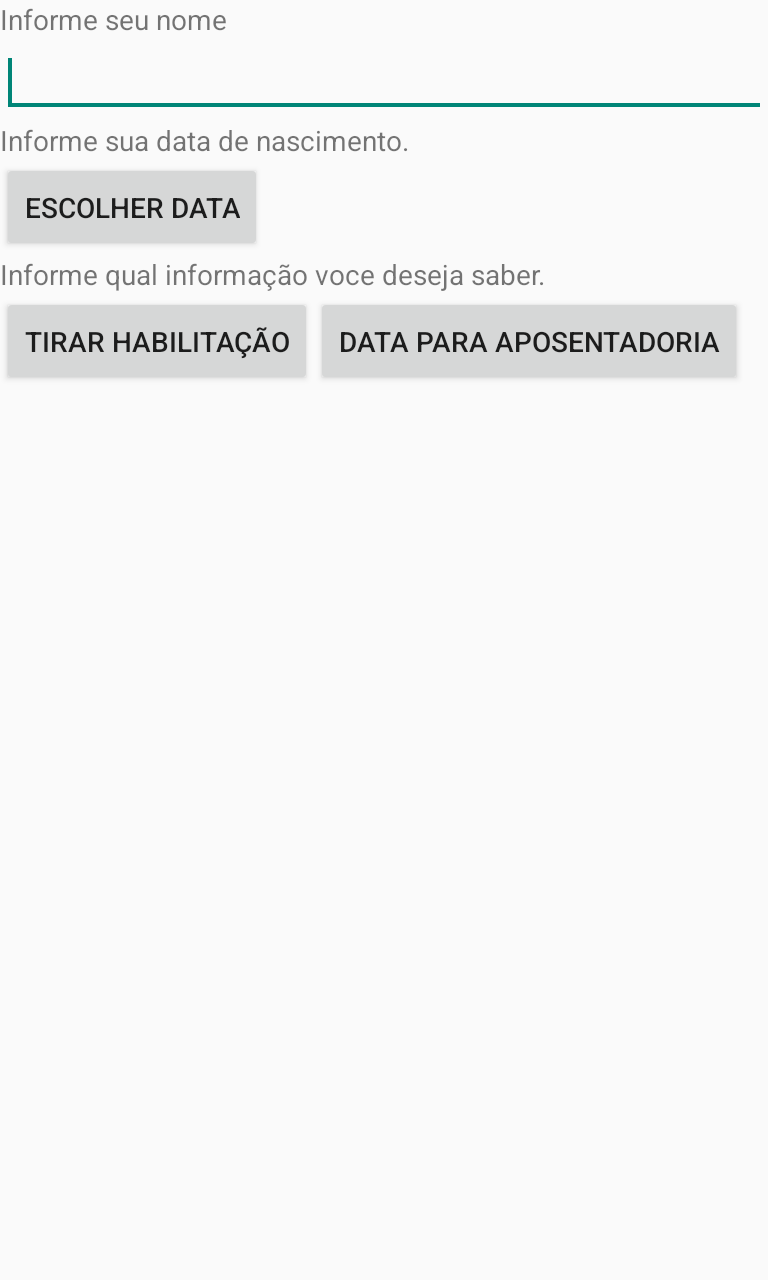
Repository: willianjean/androidProject
Layout: Exercicio3/res/layout/activity_main.xml
The author's editor kept a copy of each file at every save. The layout is drawn from the files as they stood at one save, then again after the next save.
It is drawn on a 768 x 1280 px phone screen (xhdpi) without system bars, with theme AppTheme; the app's code is not run.

Above is the layout before, as saved 2014-07-24 17:19:22.

### Exercicio3/res/layout/activity_main.xml
<LinearLayout xmlns:android="http://schemas.android.com/apk/res/android"
    xmlns:tools="http://schemas.android.com/tools"
    android:id="@+id/LinearLayout2"
    android:layout_width="match_parent"
    android:layout_height="match_parent"
    android:orientation="vertical"
    tools:context="${relativePackage}.${activityClass}" >

    <TextView
        android:id="@+id/textView1"
        android:layout_width="wrap_content"
        android:layout_height="wrap_content"
        android:text="Informe seu nome" />

    <EditText
        android:id="@+id/nome"
        android:layout_width="match_parent"
        android:layout_height="wrap_content"
        android:ems="10"
        android:inputType="textPersonName" >

        <requestFocus />
    </EditText>

    <TextView
        android:id="@+id/textView2"
        android:layout_width="wrap_content"
        android:layout_height="wrap_content"
        android:text="Informe sua data de nascimento." />

    <Button
        android:id="@+id/data"
        android:layout_width="wrap_content"
        android:layout_height="wrap_content"
        android:text="Escolher data" />

    <TextView
        android:id="@+id/textView3"
        android:layout_width="wrap_content"
        android:layout_height="wrap_content"
        android:text="Informe qual informação voce deseja saber." />

    <LinearLayout
        android:layout_width="match_parent"
        android:layout_height="wrap_content" >

        <Button
            android:id="@+id/enviarHabilitacao"
            android:layout_width="wrap_content"
            android:layout_height="wrap_content"
            android:text="Tirar habilitação" />

        <Button
            android:id="@+id/button1"
            android:layout_width="wrap_content"
            android:layout_height="wrap_content"
            android:text="Data para aposentadoria" />

    </LinearLayout>

</LinearLayout>

Loaded but not shown: Exercicio3/res/values/styles.xml (common file); Exercicio3/res/values-v11/styles.xml (common file); Exercicio3/res/values-v14/styles.xml (common file)

After the next save:
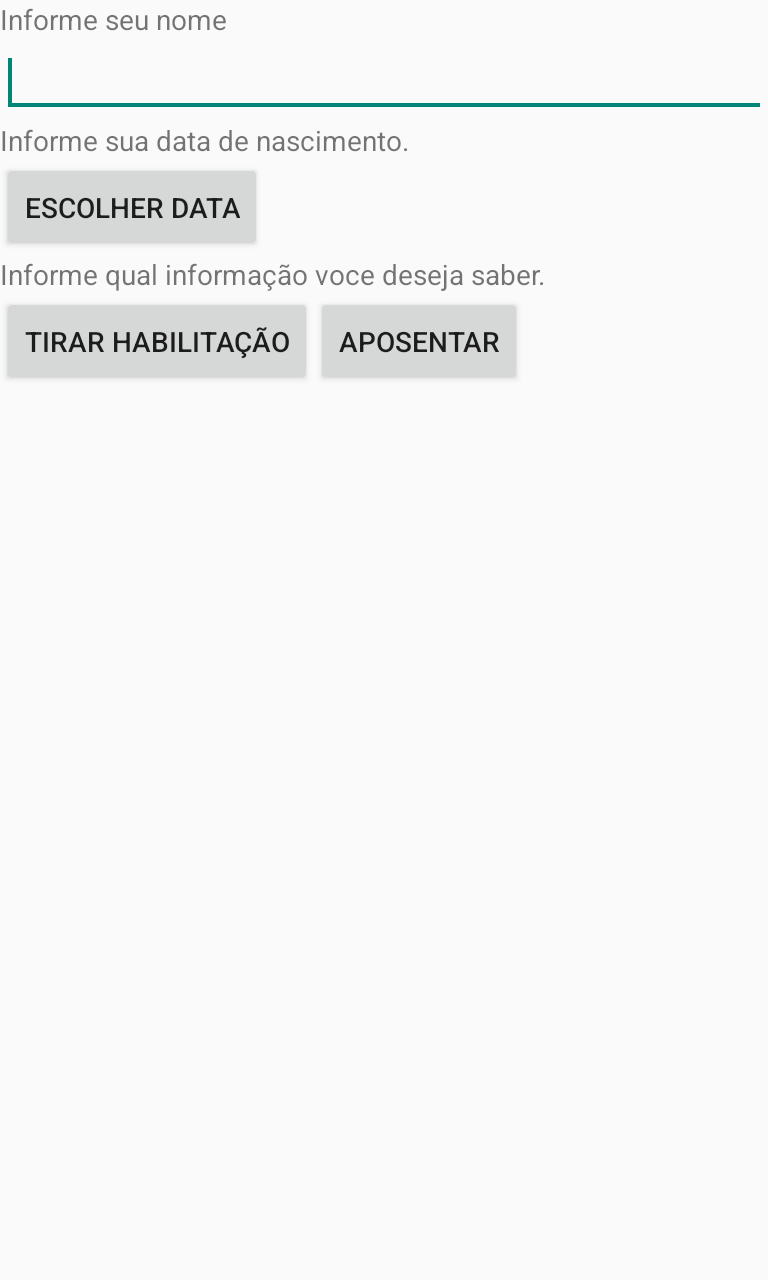
Saved 29 s later.
--- a/Exercicio3/res/layout/activity_main.xml
+++ b/Exercicio3/res/layout/activity_main.xml
@@ -54,7 +54,7 @@
             android:id="@+id/button1"
             android:layout_width="wrap_content"
             android:layout_height="wrap_content"
-            android:text="Data para aposentadoria" />
+            android:text="Aposentar" />
 
     </LinearLayout>
 
